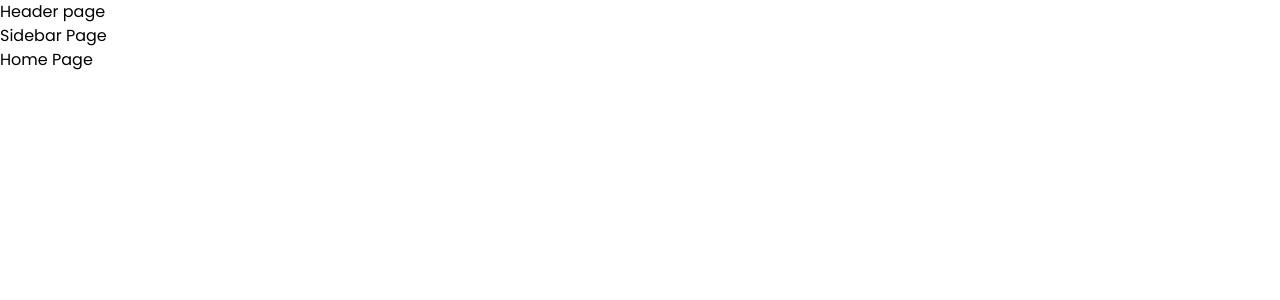
Repository: nvdao03/Tiktok
Page: /
The author's editor kept a copy of each file at every save. The page is drawn from the files as they stood at one save, then again after the next save.
The browser window is 1280 px wide. The pictures show the whole page.
The project was rebuilt for these pictures with package versions that can differ from the ones it lists, and the page was loaded fresh each time. Also part of the build but not shown: vite.config.js, src/components/Layout/HeaderOnly/index.jsx, src/pages/Following/index.jsx, src/pages/Profile/index.jsx, src/pages/Upload/index.jsx. Imported but missing from the stored project, and not drawn on this page: src/components/Layout/HeaderOnly/Header.

Above is the page before, as saved 2024-12-26 16:45:03.

### src/main.jsx
import { StrictMode } from 'react';
import { createRoot } from 'react-dom/client';
import GlobalStyles from './components/GlobalStyles/';
import App from './App.jsx';

createRoot(document.getElementById('root')).render(
  <StrictMode>
    <GlobalStyles>
      <App />
    </GlobalStyles>
  </StrictMode>,
);

### src/App.jsx
import { Fragment } from 'react';
import { BrowserRouter as Router, Routes, Route } from 'react-router-dom';
import { publicRoutes } from './routes';
import { DefaultLayout } from './components/Layout';

function App() {
  return (
    <Router>
      <div className="App">
        <Routes>
          {publicRoutes.map((route, index) => {
            const Layout = route.layout === null ? Fragment : DefaultLayout; // Kiểm tra và check điều kiện để render ra DefaultLayout
            const Pages = route.component;
            return (
              <Route
                key={index}
                path={route.path}
                element={
                  <Layout>
                    <Pages />
                  </Layout>
                }
              />
            );
          })}
        </Routes>
      </div>
    </Router>
  );
}

export default App;

### src/components/GlobalStyles/GlobalStyles.scss
// @import 'normalize.css';
@import url('https://fonts.googleapis.com/css2?family=Poppins:ital,wght@0,100;0,200;0,300;0,400;0,500;0,600;0,700;0,800;0,900;1,100;1,200;1,300;1,400;1,500;1,600;1,700;1,800;1,900&display=swap');

html,
body,
div,
span,
applet,
object,
iframe,
h1,
h2,
h3,
h4,
h5,
h6,
p,
blockquote,
pre,
a,
abbr,
acronym,
address,
big,
cite,
code,
del,
dfn,
em,
img,
ins,
kbd,
q,
s,
samp,
small,
strike,
strong,
sub,
sup,
tt,
var,
b,
u,
i,
center,
dl,
dt,
dd,
ol,
ul,
li,
fieldset,
form,
label,
legend,
table,
caption,
tbody,
tfoot,
thead,
tr,
th,
td,
article,
aside,
canvas,
details,
embed,
figure,
figcaption,
footer,
header,
hgroup,
menu,
nav,
output,
ruby,
section,
summary,
time,
mark,
audio,
video {
  margin: 0;
  padding: 0;
  border: 0;
  font-size: 100%;
  font: inherit;
  vertical-align: baseline;
}
/* HTML5 display-role reset for older browsers */
article,
aside,
details,
figcaption,
figure,
footer,
header,
hgroup,
menu,
nav,
section {
  display: block;
}
body {
  line-height: 1;
}
ol,
ul {
  list-style: none;
}
blockquote,
q {
  quotes: none;
}
blockquote:before,
blockquote:after,
q:before,
q:after {
  content: '';
  content: none;
}
table {
  border-collapse: collapse;
  border-spacing: 0;
}

:root {
  --primary: #fe2c55;
}

* {
  box-sizing: border-box;
}

html {
  font-size: 62.5%;
}

body {
  font-family: 'Poppins', serif;
  font-style: normal;

  font-size: 1.6rem;
  line-height: 1.5;
}

### src/routes/index.js
// Layouts
import { HeaderOnly } from '../components/Layout';

// Pages
import HomePage from '../pages/Home';
import FollowingPage from '../pages/Following';
import ProfilePage from '../pages/Profile';
import UploadPage from '../pages/Upload';

// 1. Các routes ko cần login vẫn xem được
const publicRoutes = [
  { path: '/', component: HomePage },
  { path: '/following', component: FollowingPage },
  { path: '/profile', component: ProfilePage },
  { path: '/upload', component: UploadPage, layout: HeaderOnly }, // Nếu là null thì lấy DefaultLayout và ngược lại nếu có Layout thì phải lấy Layout truyền vào
];

// 2. Các routes yêu cầu login
const privateRoutes = [];

export { publicRoutes, privateRoutes };

### src/pages/Home/index.jsx
function Home() {
  return <div>Home Page</div>;
}

export default Home;

### src/components/Layout/DefaultLayout/index.jsx
import Header from './Header';
import Sidebar from './Sidebar';

function DefaultLayout({ children }) {
  return (
    <div>
      <Header />
      <div className="container">
        <Sidebar />
        <main className="content">{children}</main>
      </div>
    </div>
  );
}

export default DefaultLayout;

### src/components/Layout/DefaultLayout/Header/index.jsx
import React from 'react';

function Header() {
  return <div>Header page</div>;
}

export default Header;

### src/components/Layout/DefaultLayout/Sidebar/index.jsx
import React from 'react';

function Sidebar() {
  return <div>Sidebar Page</div>;
}

export default Sidebar;

Loaded but not shown: index.html (common file); src/components/GlobalStyles/index.js (common file); src/components/Layout/index.jsx (common file)

After the next save:
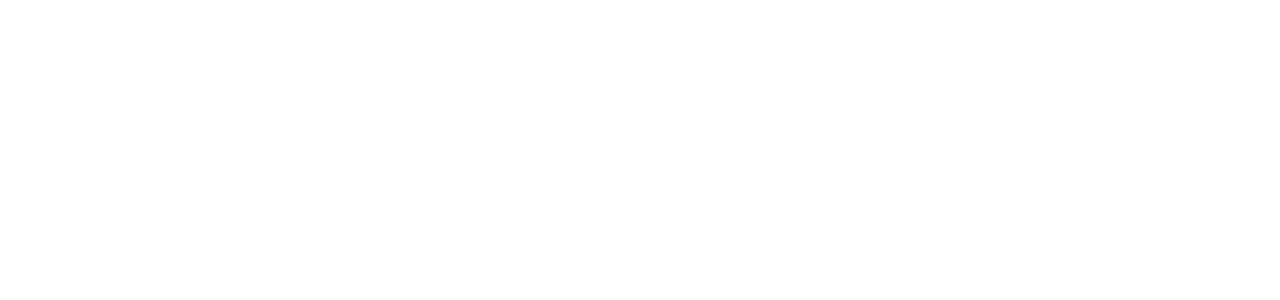
Console error (its wording comes from the project's code and is left out).
Saved 7 min 26 s later.
--- a/src/App.jsx
+++ b/src/App.jsx
@@ -9,7 +9,14 @@
       <div className="App">
         <Routes>
           {publicRoutes.map((route, index) => {
-            const Layout = route.layout === null ? Fragment : DefaultLayout; // Kiểm tra và check điều kiện để render ra DefaultLayout
+            let Layout = DefaultLayout;
+
+            if (route.layout === null) {
+              Layout = Fragment;
+            } else {
+              Layout = route.layout;
+            }
+
             const Pages = route.component;
             return (
               <Route

After the 5 saves that followed:
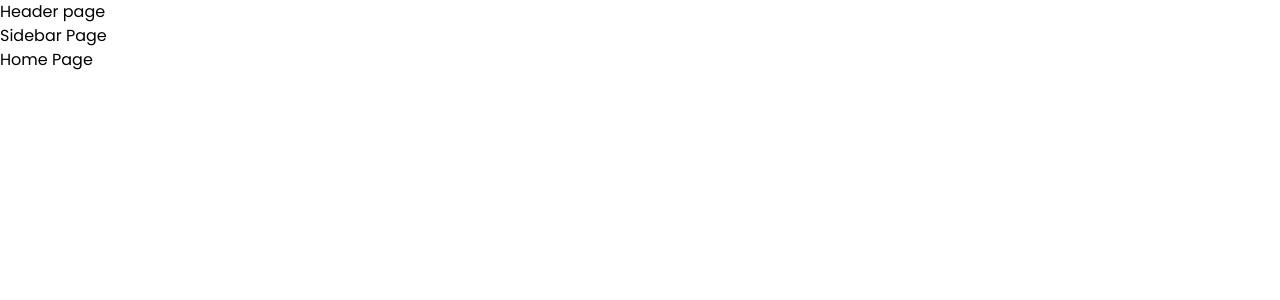
The error is gone.
The 5 saves are shown as one change because 4 left the picture as it was.
The last was saved 3 min 56 s later.
--- a/src/App.jsx
+++ b/src/App.jsx
@@ -9,15 +9,17 @@
       <div className="App">
         <Routes>
           {publicRoutes.map((route, index) => {
+            const Pages = route.component;
+
+            // Kiểm tra và check điều kiện để render ra DefaultLayout
             let Layout = DefaultLayout;
 
-            if (route.layout === null) {
+            if (route.layout) {
+              Layout = route.layout;
+            } else if (route.layout === null) {
               Layout = Fragment;
-            } else {
-              Layout = route.layout;
             }
 
-            const Pages = route.component;
             return (
               <Route
                 key={index}
